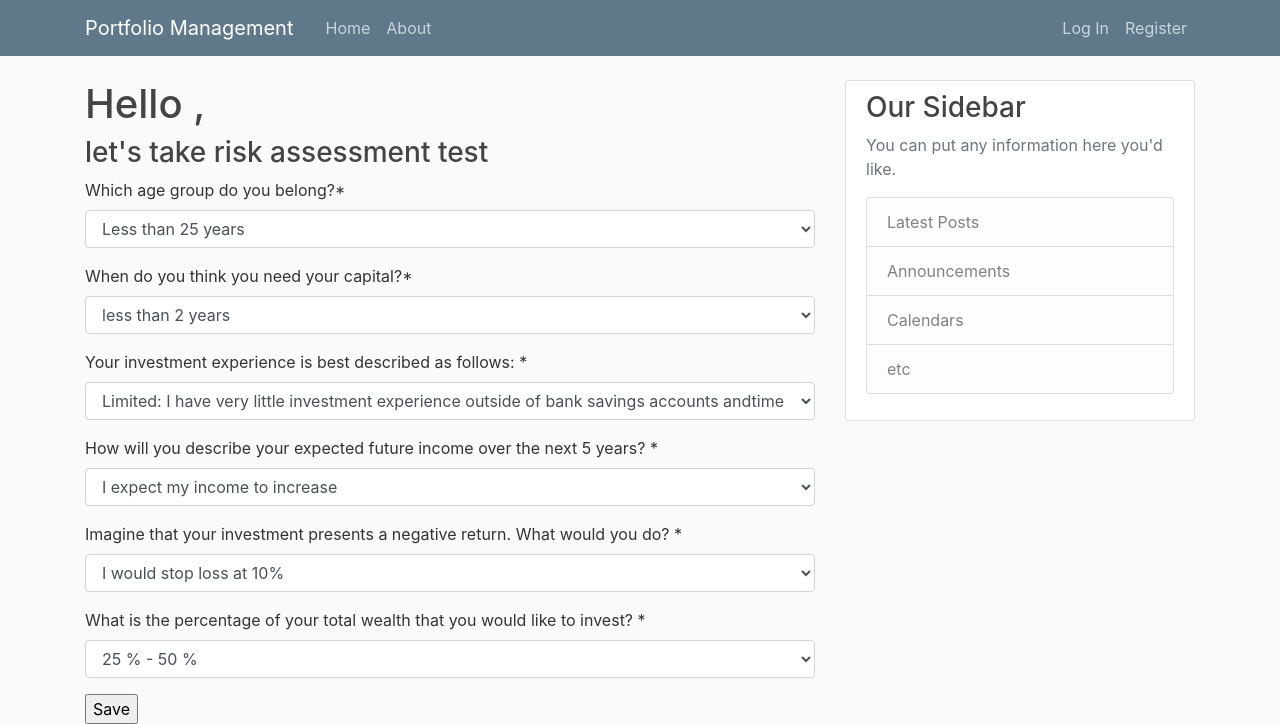
Repository: rahulsolankib/portfolio
Page: http://localhost/questions/
The author's editor kept a copy of each file at every save. The page is drawn from the files as they stood at one save, then again after the next save.
The browser window is 1280 px wide. The pictures show the whole page.
The page is served by the project's application, run on Django 3.2 (manage.py).

Above is the page before, as saved 2020-10-20 01:00:32.

After the next save:
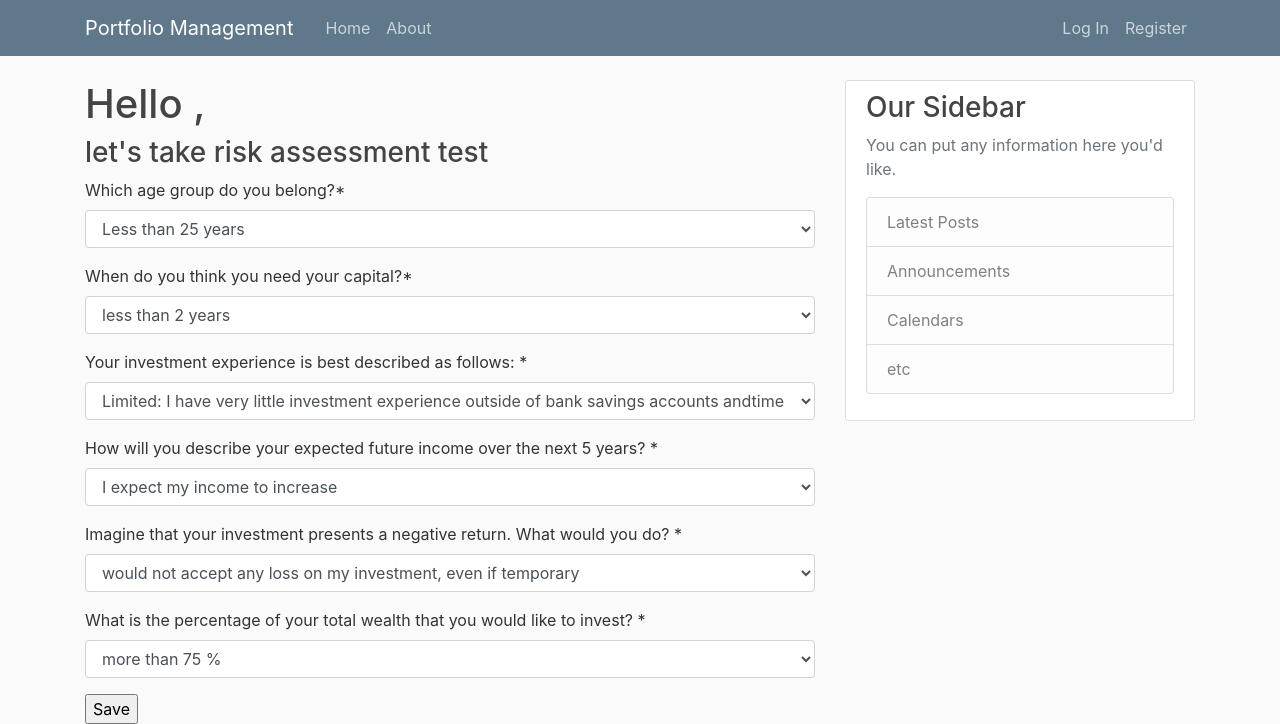
Saved 28 s later.
--- a/riskCalculator/forms.py
+++ b/riskCalculator/forms.py
@@ -46,8 +46,8 @@ class QForm(forms.Form):
     ques2 = forms.TypedChoiceField(label='When do you think you need your capital?',choices=returnyear_group, coerce=int, initial=1)
     ques3 = forms.TypedChoiceField(label='Your investment experience is best described as follows: ',choices=experience_group, coerce=int, initial=1)
     ques4 = forms.TypedChoiceField(label='How will you describe your expected future income over the next 5 years? ',choices=income_status, coerce=int, initial=3)
-    ques5 = forms.TypedChoiceField(label='Imagine that your investment presents a negative return. What would you do? ',choices=loss_tolerance, coerce=int, initial=3)
-    ques6 = forms.TypedChoiceField(label='What is the percentage of your total wealth that you would like to invest? ',choices=percentage_invest, coerce=int, initial=3)
+    ques5 = forms.TypedChoiceField(label='Imagine that your investment presents a negative return. What would you do? ',choices=loss_tolerance, coerce=int, initial=1)
+    ques6 = forms.TypedChoiceField(label='What is the percentage of your total wealth that you would like to invest? ',choices=percentage_invest, coerce=int, initial=1)
 
 
 class QueForm(forms.ModelForm):
